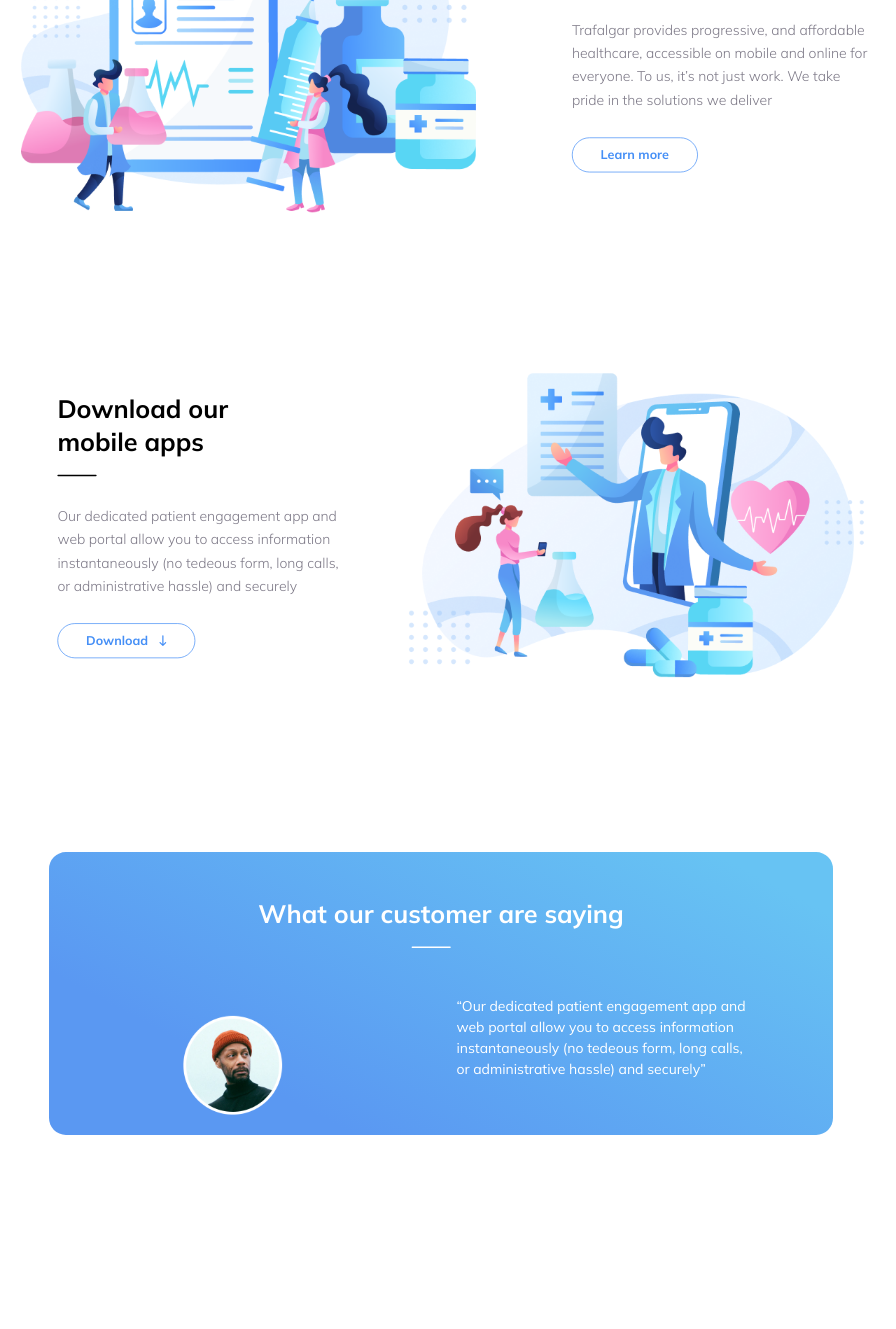
Repository: tungcutte35/Trafalgar
Page: index.html
The author's editor kept a copy of each file at every save. The page is drawn from the files as they stood at one save, then again after the next save.
The browser window is 1280 px wide. The pictures show the part of the page from y = 2526 to 4446 px (the page is 4425 px tall before and 4446 px after), at 70% of full size.
The style sheet was rebuilt from its Sass, Less or Tailwind sources for each picture, by a compiler version that may differ from the author's.

Above is the page before, as saved 2021-10-18 00:57:21.

After the next save:
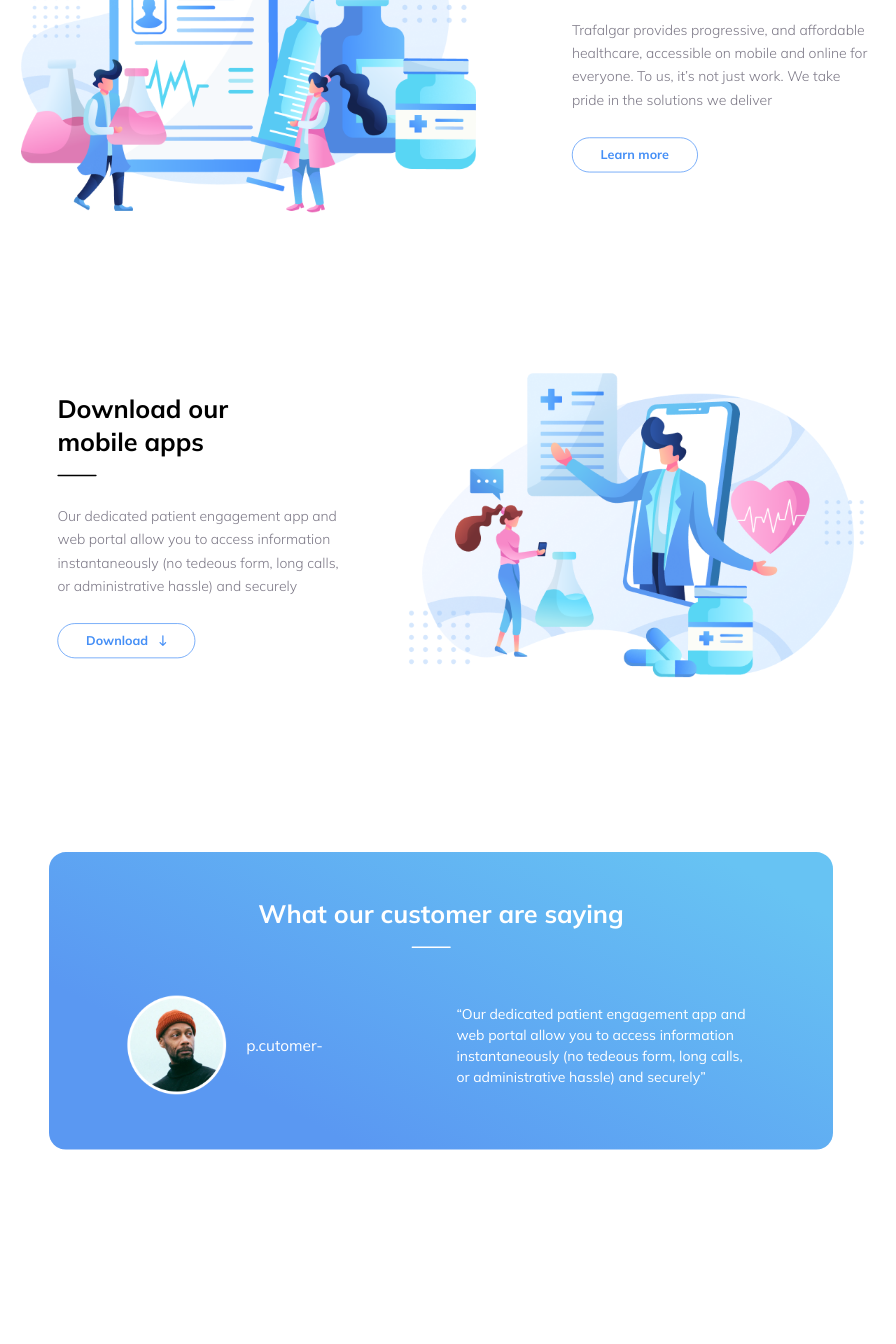
Saved 1 s later.
--- a/index.html
+++ b/index.html
@@ -161,10 +161,10 @@
             </h3>
           </div>
           <div class="customer-seconds">
-            <div class="customer-name">
+            <div class="customer-highlight">
               <img class="customer-img" srcset="./Images/avt.png 2x" alt="">
               <div class="customer-name-firsd">
-
+                p.cutomer-
               </div>
             </div>
             <div class="customer-contents">
